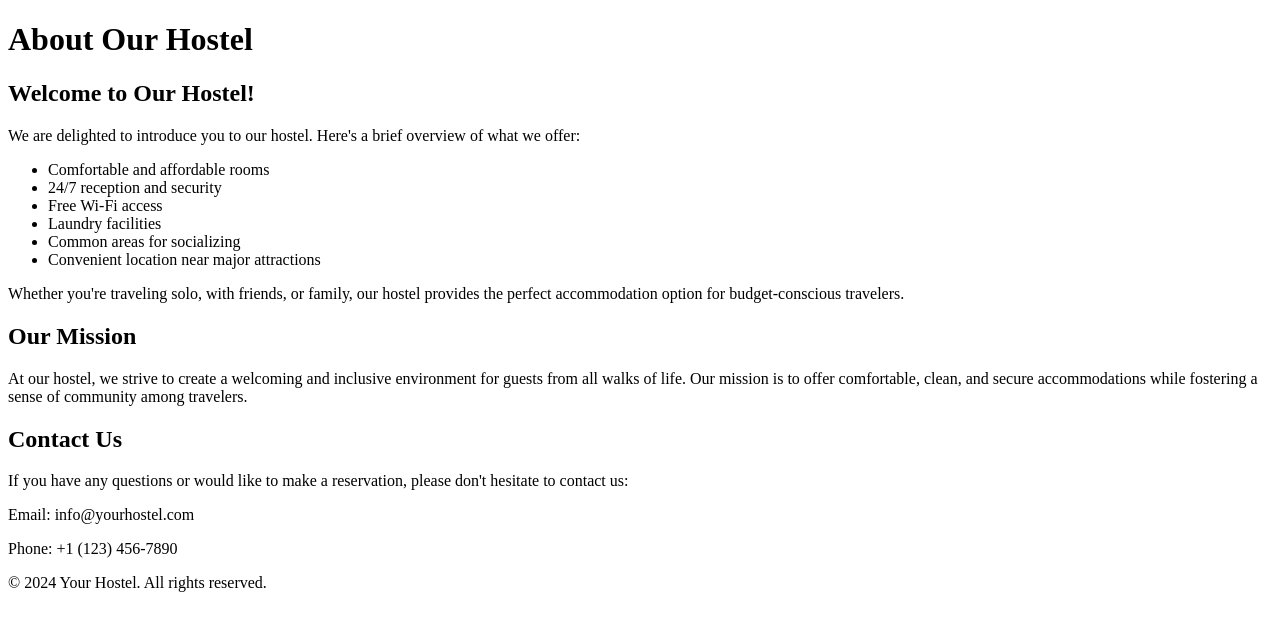
Repository: sivaprasadpk/adavpro
Page: LoginProjecct/src/main/webapp/AboustUs.html
The author's editor kept a copy of each file at every save. The page is drawn from the files as they stood at one save, then again after the next save.
The browser window is 1280 px wide. The pictures show the whole page.

Above is the page before, as saved 2024-03-14 15:08:19.

After the next save:
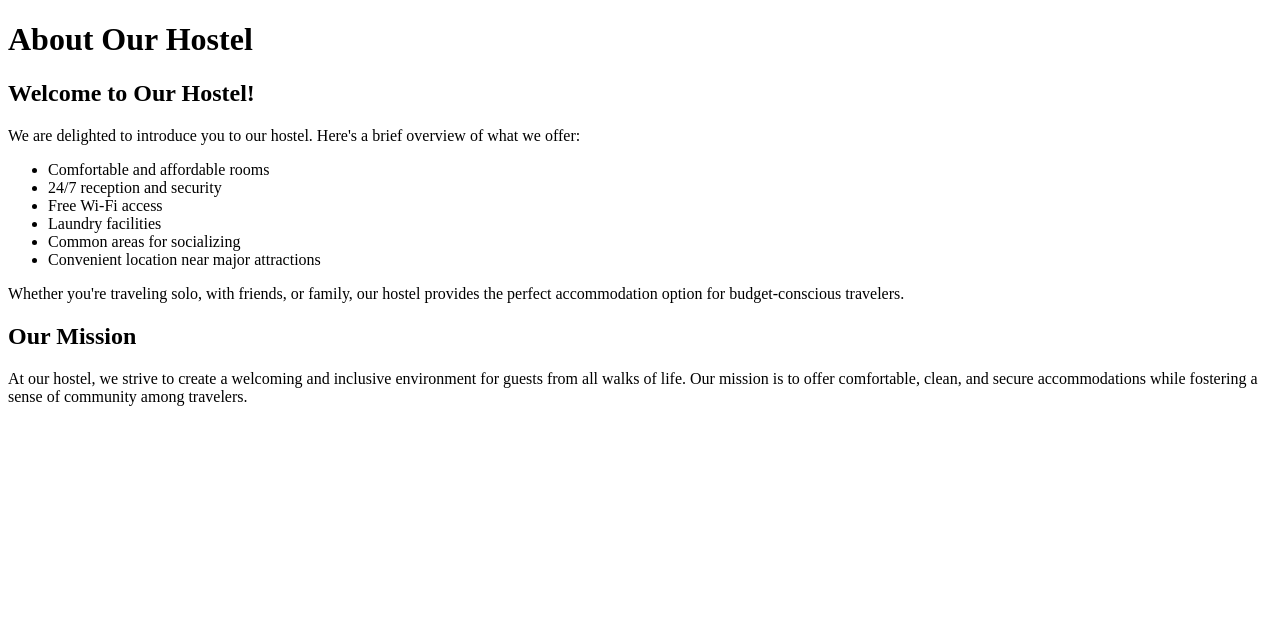
Saved 76 s later.
--- a/LoginProjecct/src/main/webapp/AboustUs.html
+++ b/LoginProjecct/src/main/webapp/AboustUs.html
@@ -31,17 +31,5 @@
             <h2>Our Mission</h2>
             <p>At our hostel, we strive to create a welcoming and inclusive environment for guests from all walks of life. Our mission is to offer comfortable, clean, and secure accommodations while fostering a sense of community among travelers.</p>
         </section>
-        <section>
-            <h2>Contact Us</h2>
-            <p>If you have any questions or would like to make a reservation, please don't hesitate to contact us:</p>
-            <p>Email: info@yourhostel.com</p>
-            <p>Phone: +1 (123) 456-7890</p>
-            <!-- Add any additional contact information or forms here -->
-        </section>
-    </main>
-    <footer>
-        <p>&copy; 2024 Your Hostel. All rights reserved.</p>
-    </footer>
-    <!-- Add any additional scripts or links to JavaScript files here -->
-</body>
+       </body>
 </html>
